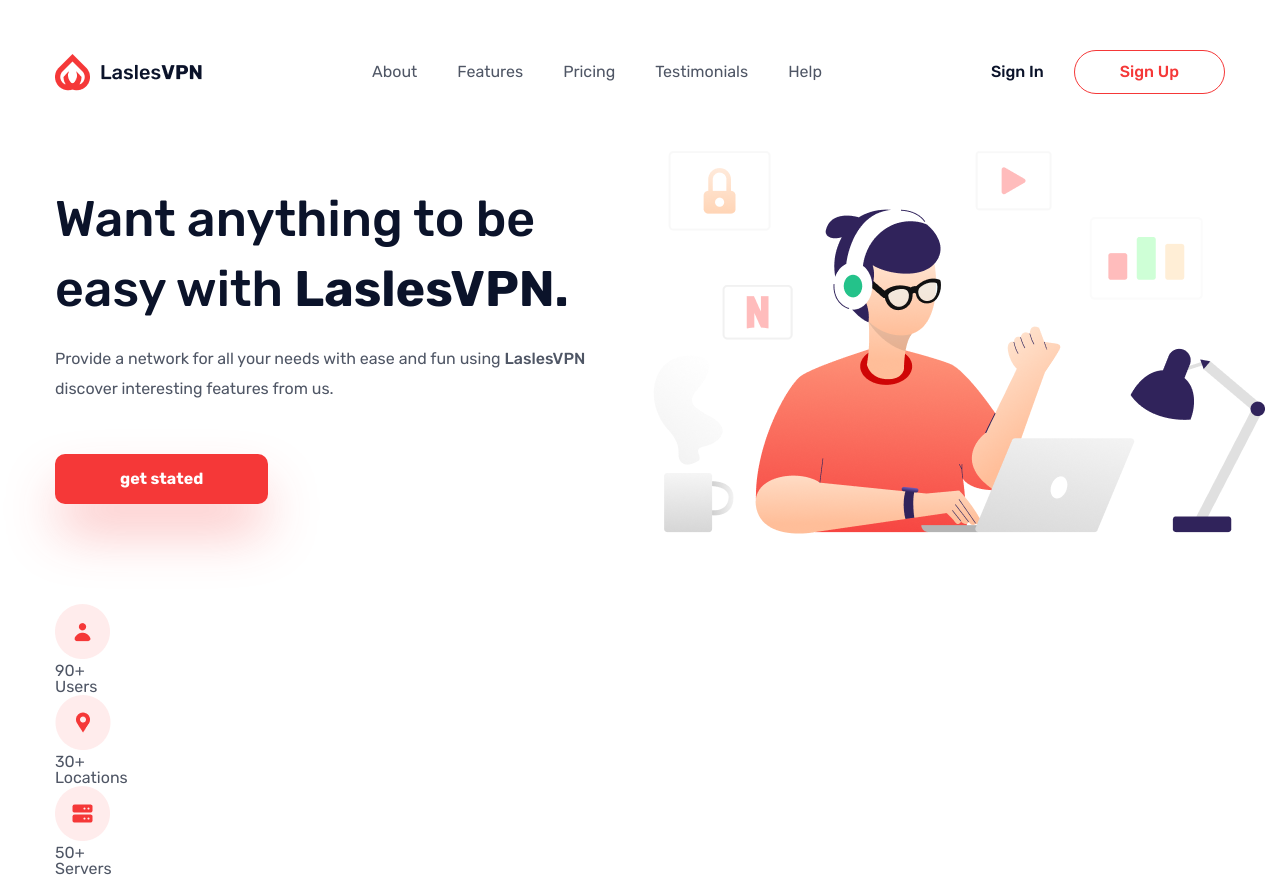
Repository: longvuht/lasles-VPN-vu
Page: index.html
The author's editor kept a copy of each file at every save. The page is drawn from the files as they stood at one save, then again after the next save.
The browser window is 1280 px wide. The pictures show the whole page.
The style sheet was rebuilt from its Sass, Less or Tailwind sources for each picture, by a compiler version that may differ from the author's.

Above is the page before, as saved 2022-09-10 17:09:30.

### index.html
<!DOCTYPE html>
<html lang="en">
  <head>
    <meta charset="UTF-8" />
    <meta name="viewport" content="width=device-width, initial-scale=1.0" />
    <title>lasles vpn vu</title>
    <link rel="preconnect" href="https://fonts.googleapis.com" />
    <link rel="preconnect" href="https://fonts.gstatic.com" crossorigin />
    <link
      href="https://fonts.googleapis.com/css2?family=Rubik:wght@400;500;700&display=swap"
      rel="stylesheet"
    />
    <link rel="stylesheet" href="./css/style.css" />
  </head>
  <body>
    <div class="wrapper">
      <header class="header">
        <div class="container">
          <div class="header-container">
            <img
              src="./img/header-logo.png"
              alt="header logo"
              class="header-logo"
            />
            <ul class="menu">
              <li class="menu-item">
                <a href="#" class="menu-link">About</a>
              </li>
              <li class="menu-item">
                <a href="#" class="menu-link">Features</a>
              </li>
              <li class="menu-item">
                <a href="#" class="menu-link">Pricing</a>
              </li>
              <li class="menu-item">
                <a href="#" class="menu-link">Testimonials</a>
              </li>
              <li class="menu-item">
                <a href="#" class="menu-link">Help</a>
              </li>
            </ul>
            <div class="header-auth">
              <a href="#none" class="header-signin">sign in</a>
              <a href="#none" class="button button--outline">sign up</a>
            </div>
          </div>
        </div>
      </header>
      <main>
        <section class="hero">
          <div class="container">
            <div class="hero-container">
              <div class="hero-content">
                <h1 class="hero-heading">
                  Want anything to be easy with <strong>LaslesVPN.</strong>
                </h1>
                <p class="hero-desc">
                  Provide a network for all your needs with ease and fun using
                  <strong>LaslesVPN</strong> discover interesting features from
                  us.
                </p>
                <a href="#" class="button button--rounded button--primary"
                  >get stated</a
                >
              </div>
              <div class="hero-image">
                <img src="./img/hero-img.png" alt="hero image" />
              </div>
            </div>
          </div>
        </section>
        <section class="intro">
          <div class="container">
            <div class="intro-container">
              <div class="intro-item">
                <div class="intro-icon">
                  <img src="./img/user.png" alt="user icon" />
                </div>
                <div class="intro-info">
                  <h3 class="intro-title">90+</h3>
                  <span class="intro-text">Users</span>
                </div>
              </div>
              <div class="intro-item">
                <div class="intro-icon">
                  <img src="./img/location.png" alt="locaiton icon" />
                </div>
                <div class="intro-info">
                  <h3 class="intro-title">30+</h3>
                  <span class="intro-text">Locations</span>
                </div>
              </div>
              <div class="intro-item">
                <div class="intro-icon">
                  <img src="./img/server.png" alt="servers icon" />
                </div>
                <div class="intro-info">
                  <h3 class="intro-title">50+</h3>
                  <span class="intro-text">Servers</span>
                </div>
              </div>
            </div>
          </div>
        </section>
      </main>
    </div>
  </body>
</html>

### sass/app.scss
@import "reset";
@import "variables";
@import "global";
@import "header";
@import "hero";
@import "intro";

### sass/_variables.scss
$font: "Rubik", sans-serif;
$text-color: #4f5665;
$heading-color: #0b132a;
$primary-color: #f53838;
$grey-color: #dde0e4;

### sass/_global.scss
.wrapper {
  max-width: 1440px;
  margin: 0 auto;
}
.container {
  max-width: 1170px;
  margin: 0 auto;
  padding: 0 15px;
}

body {
  line-height: 1;
  font-family: $font;
  color: $text-color;
  font-size: 16px;
  font-weight: 400;
}

.button {
  display: inline-block;
  padding: 13px 45px;
  border-radius: 100rem;
  font-family: $font;
  line-height: 1;
  font-weight: 500;
  font-size: 16px;
  text-decoration: none;
  outline: none;
  cursor: pointer;
  &--primary {
    font-weight: 700;
    background-color: $primary-color;
    color: #fff;
  }
  &--outline {
    background-color: transparent;
    color: $primary-color;
    font-weight: 500;
    border: 1px solid;
  }
  &--rounded {
    border-radius: 10px;
    padding: 17px 65px;
    box-shadow: 0 30px 54px -5px rgba(245, 56, 56, 0.35);
  }
}

### sass/_header.scss
.header {
  padding-top: 50px;
  padding-bottom: 90px;
  &-container {
    display: flex;
    justify-content: space-between;
    align-items: center;
  }
  &-auth {
    display: flex;
    align-items: center;
    gap: 0 30px;
    text-transform: capitalize;
  }
  &-signin {
    font-weight: 500;
    color: $heading-color;
    text-decoration: none;
  }
}

.menu {
  list-style: none;
  display: flex;
  align-items: center;
  gap: 0 40px;
  &-link {
    color: inherit;
    text-decoration: none;
  }
}

### sass/_hero.scss
.hero {
  padding-bottom: 100px;
  &-container {
    display: flex;
    justify-content: space-between;
    align-items: center;
    position: relative;
  }
  &-content {
    width: 100%;
    max-width: 555px;
  }
  &-image {
    position: absolute;
    top: 50%;
    transform: translate(40px, -50%);
    right: 0;
  }

  &-heading {
    font-size: 50px;
    font-weight: 500;
    margin-bottom: 20px;
    line-height: calc(70 / 50);
    color: $heading-color;
    strong {
      font-weight: 700;
    }
  }
  &-desc {
    line-height: calc(30 / 16);
    margin-bottom: 50px;
    strong {
      font-weight: 500;
    }
  }
}

### sass/_intro.scss
.intro {
  background-color: #fff;
  border-radius: 10px;
}

Loaded but not shown: sass/_reset.scss (common file)

After the next save:
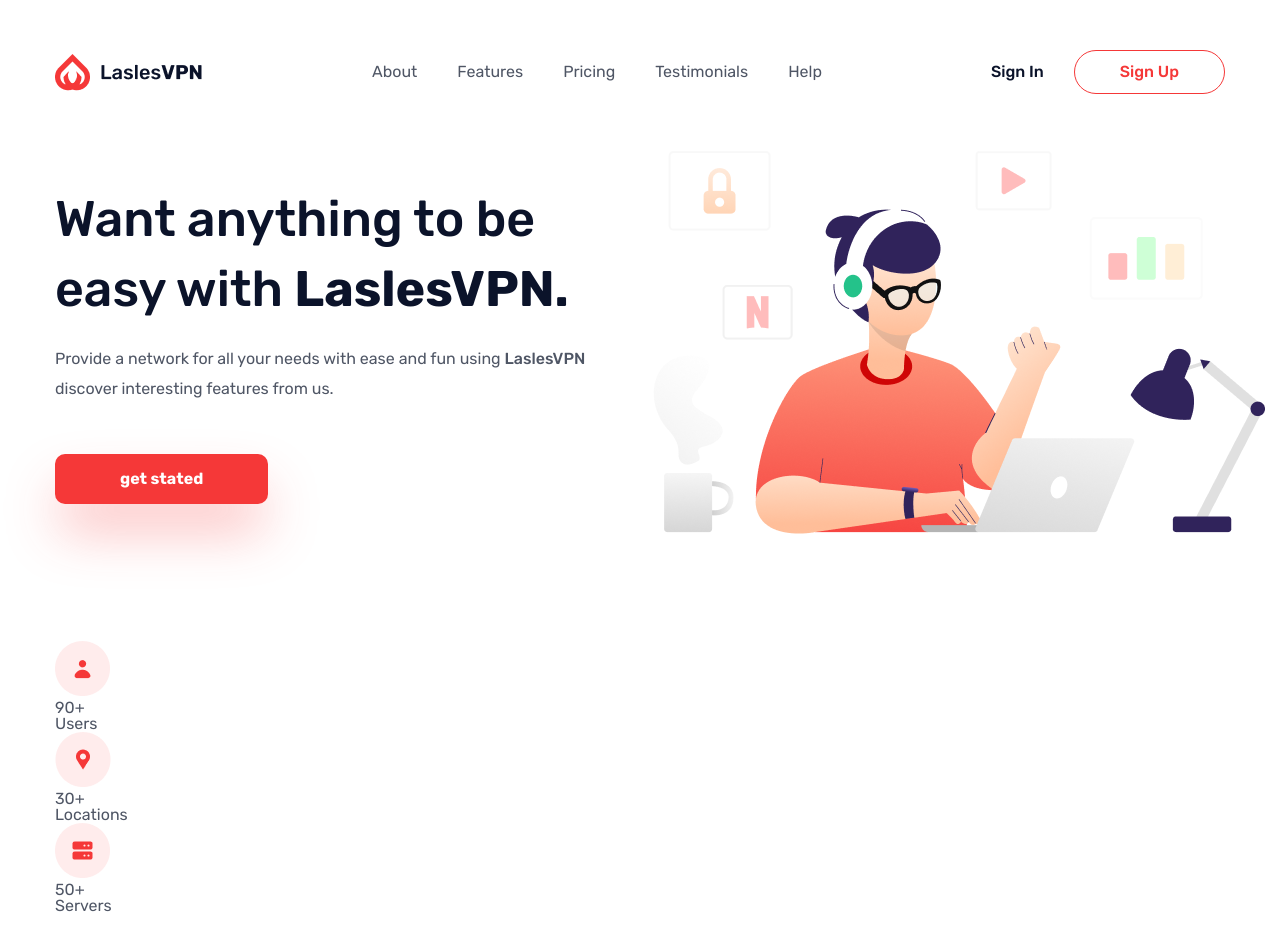
Saved 21 s later.
--- a/sass/_intro.scss
+++ b/sass/_intro.scss
@@ -1,4 +1,5 @@
 .intro {
   background-color: #fff;
   border-radius: 10px;
+  padding: 37px 0;
 }
